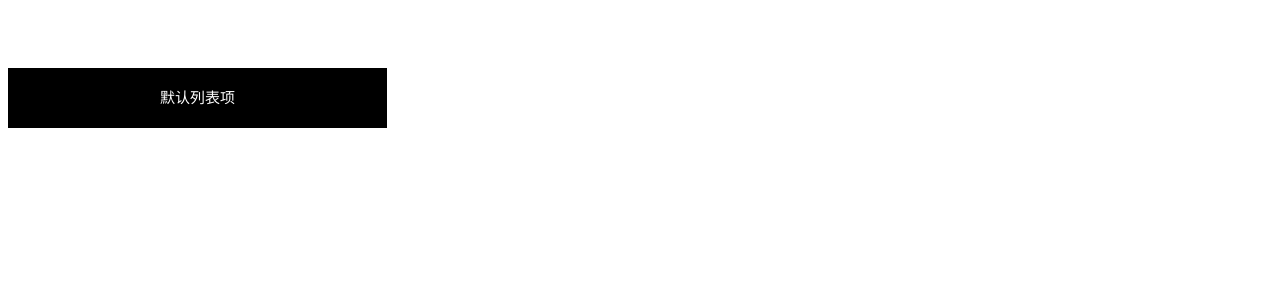
Repository: shandamengcheng/graduate-project
Page: /home
The author's editor kept a copy of each file at every save. The page is drawn from the files as they stood at one save, then again after the next save.
The browser window is 1280 px wide. The pictures show the whole page.
The project was rebuilt for these pictures with package versions that can differ from the ones it lists, and the page was loaded fresh each time. Also part of the build but not shown: src/views/Login.vue.

Above is the page before, as saved 2021-03-10 22:38:47.

After the next save:
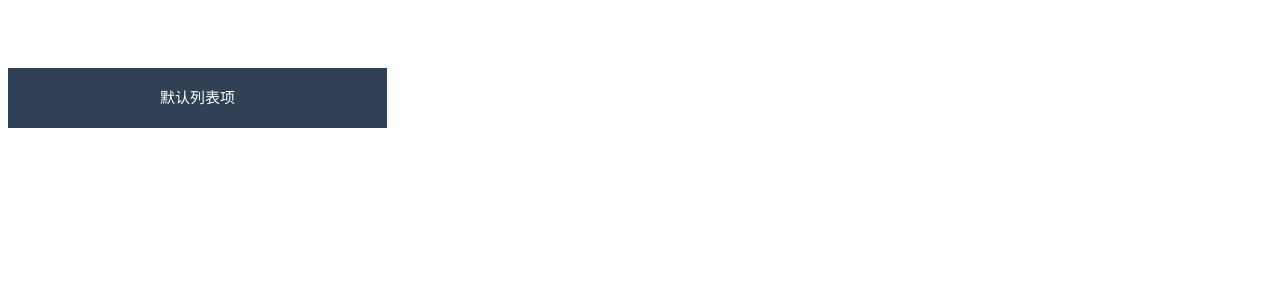
Saved 2 min 7 s later.
--- a/src/views/SideBar.vue
+++ b/src/views/SideBar.vue
@@ -19,7 +19,7 @@ export default {
 .sidebar {
   width: 30%;
   min-width: 200px;
-  background: black;
+  background: #304156;
   color: white;
   font-size: 15px;
   text-align: center;
